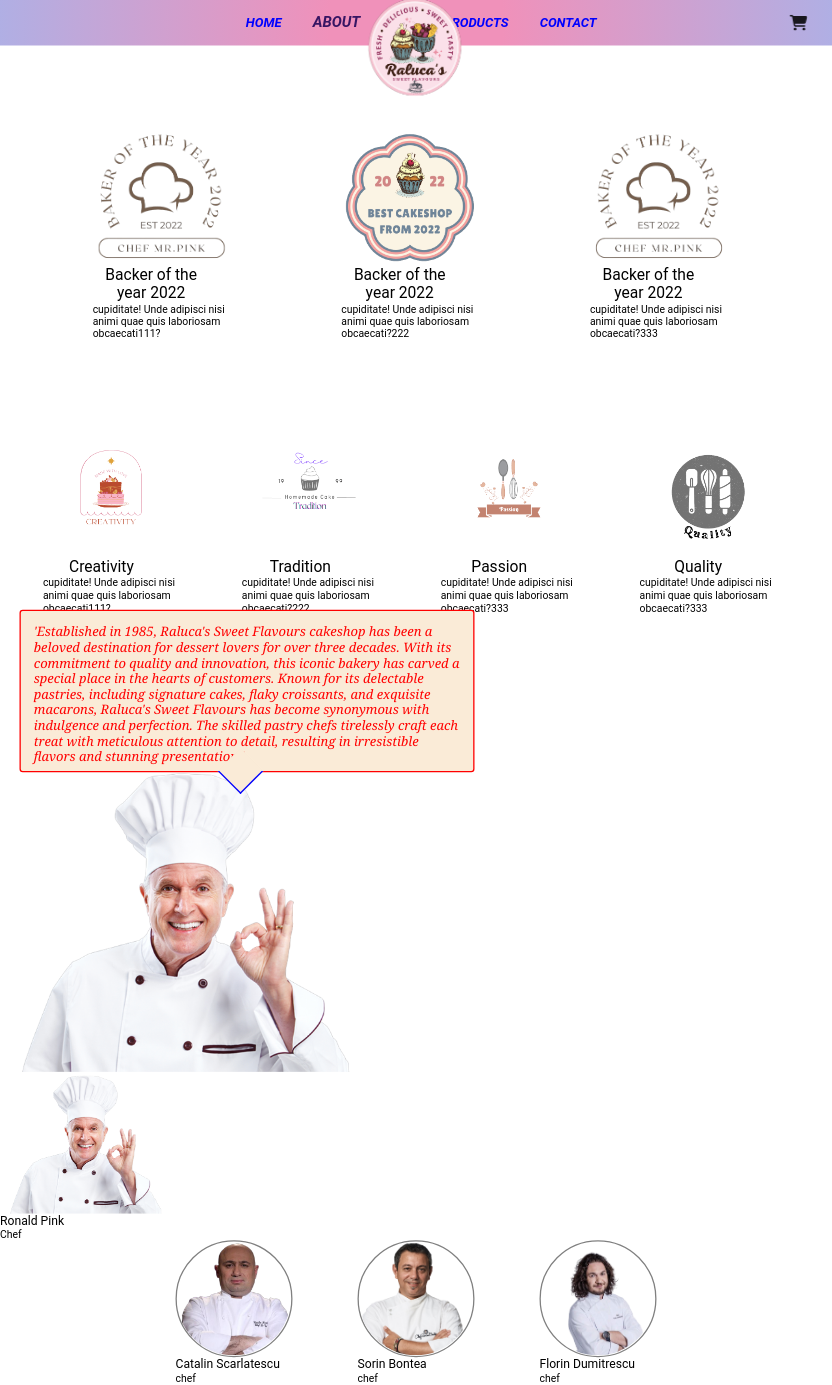
Repository: RalucaZota/cakeshop
Page: /about
These files come from the project's save history. The page is drawn as it stood at one moment and after the next save; the edit follows.
The browser window is 1280 px wide. The pictures show the whole page, at 65% of full size.
The project was rebuilt for these pictures with package versions that can differ from the ones it lists, and the page was loaded fresh each time. Also part of the build but not shown: vite.config.js, src/components/AddtoCartButton.vue, src/components/FavoriteProduct.vue, src/components/ProductItem.vue, src/components/Testimonials.vue, src/views/Home.vue, src/views/Products.vue, src/views/Contact.vue.

Above is the page before, as saved 2023-06-29 19:55:57.

### index.html
<!DOCTYPE html>
<html lang="en">
  <head>
    <meta charset="UTF-8">
    <link rel="icon" href="/favicon.ico">
    <meta name="viewport" content="width=device-width, initial-scale=1.0">
    <title>Vite App</title>
  </head>
  <body>
    <div id="app"></div>
    <script type="module" src="/src/main.js"></script>

  </body>
</html>

### src/main.js
import './assets/main.css'
import{ createApp } from "vue";
import App from './App.vue'
import router from './router'

import { library } from '@fortawesome/fontawesome-svg-core'
import { FontAwesomeIcon } from '@fortawesome/vue-fontawesome'
import { faBars } from '@fortawesome/free-solid-svg-icons'
import { faXmark } from '@fortawesome/free-solid-svg-icons'
import { faCartShopping } from '@fortawesome/free-solid-svg-icons'

import 'vuetify/styles'
import { createVuetify } from 'vuetify'
import * as components from 'vuetify/components'
import * as directives from 'vuetify/directives'

const vuetify = createVuetify({
    components,
    directives,
  })
library.add(faBars, faXmark, faCartShopping)

createApp(App)
.component('font-awesome-icon', FontAwesomeIcon).use(router, vuetify)
.mount('#app')

### src/assets/main.css
@import './base.css';

#app {
  margin: 0 auto;

  font-weight: normal;
}

html{
  line-height: 1.2 !important;
}

### src/App.vue
<script setup>
import Navbar from "./components/Navbar.vue"


</script>

<template>
<navbar/>


</template>

<style scoped>

</style>

### src/router/index.js
import { createRouter, createWebHistory } from 'vue-router'

const router = createRouter({
  history: createWebHistory(import.meta.env.BASE_URL),
  routes: [
    {
      path: '/',
      name: 'home',
      component: () => import('../views/Home.vue')
    },
    { path: '/about', name: 'about', component: () => import('../views/About.vue') },
    { path: '/products', name: 'products', component: () => import('../views/Products.vue') },
    { path: '/contact', name: 'contact', component: () => import('../views/Contact.vue') }
    // route level code-splitting
    // this generates a separate chunk (About.[hash].js) for this route
    // which is lazy-loaded when the route is visited.
  ]
})

export default router

### src/assets/base.css
/* color palette from <https://github.com/vuejs/theme> */
:root {
  --vt-c-white: #ffffff;
  --vt-c-white-soft: #f8f8f8;
  --vt-c-white-mute: #f2f2f2;

  --vt-c-black: #181818;
  --vt-c-black-soft: #222222;
  --vt-c-black-mute: #282828;

  --vt-c-indigo: #2c3e50;

  --vt-c-divider-light-1: rgba(60, 60, 60, 0.29);
  --vt-c-divider-light-2: rgba(60, 60, 60, 0.12);
  --vt-c-divider-dark-1: rgba(84, 84, 84, 0.65);
  --vt-c-divider-dark-2: rgba(84, 84, 84, 0.48);

  --vt-c-text-light-1: var(--vt-c-indigo);
  --vt-c-text-light-2: rgba(60, 60, 60, 0.66);
  --vt-c-text-dark-1: var(--vt-c-white);
  --vt-c-text-dark-2: rgba(235, 235, 235, 0.64);
}

/* semantic color variables for this project */
:root {
  --color-background: var(--vt-c-white);
  --color-background-soft: var(--vt-c-white-soft);
  --color-background-mute: var(--vt-c-white-mute);

  --color-border: var(--vt-c-divider-light-2);
  --color-border-hover: var(--vt-c-divider-light-1);

  --color-heading: var(--vt-c-text-light-1);
  --color-text: var(--vt-c-text-light-1);

  --section-gap: 160px;
}

@media (prefers-color-scheme: dark) {
  :root {
    --color-background: var(--vt-c-black);
    --color-background-soft: var(--vt-c-black-soft);
    --color-background-mute: var(--vt-c-black-mute);

    --color-border: var(--vt-c-divider-dark-2);
    --color-border-hover: var(--vt-c-divider-dark-1);

    --color-heading: var(--vt-c-text-dark-1);
    --color-text: var(--vt-c-text-dark-2);
  }
}

*,
*::before,
*::after {
  box-sizing: border-box;
  margin: 0;
  font-weight: normal;
}

### src/components/Navbar.vue
<template>
  <header :class="{ 'scrolled-nav': scrolledNav }">
    <nav >
      <div class="cart">
          <font-awesome-icon icon="fa-solid fa-cart-shopping" fade size="xl" />
        </div>
      <ul class="navigation" v-show="!mobile">
        <li>
          <RouterLink active-class="active" :to="{ name: 'home' }" class=" link"
            >Home</RouterLink
          >
        </li>
        <li>
          <RouterLink active-class="active" :to="{ name: 'about' }" class=" link"
            >About</RouterLink
          >
        </li>
        <div class="branding">
          <img src="../assets/images/logo.png" alt="logo"/>
        </div>
        <li>
          <RouterLink active-class="active" :to="{ name: 'products' }" class=" link"
            >Products</RouterLink
          >
        </li>
        <li>
          <RouterLink active-class="active" :to="{ name: 'contact' }" class=" link"
            >Contact</RouterLink
          >
        </li>
      </ul>
        <div class="icon">
          <font-awesome-icon icon="fa-solid fa-bars" size="lg" @click="openMobileNav" v-show="!mobileNav && mobile"  class="burger" :class="{'icon-active': mobileNav}"/>
          <font-awesome-icon  v-show="mobileNav" icon="fa-solid fa-xmark" beat size="xl" @click="closeMobileNav" class="close-nav" :class="{'icon-active': mobileNav}"/>
        </div>

      <transition name="mobile-nav">

        <ul v-show="mobileNav" class="dropdown-nav">
          <li>
            <div class="branding">
          <img src="../assets/images/logo.png" alt="logo"/>
        </div>
          </li>
          <li>
            <RouterLink active-class="active" :to="{ name: 'home' }" class="link"
              >Home</RouterLink
            >
          </li>
          <li>
            <RouterLink active-class="active" :to="{ name: 'about' }" class=" link"
              >About</RouterLink
            >
          </li>
          <li>
            <RouterLink active-class="active" :to="{ name: 'products' }" class=" link"
              >Products</RouterLink
            >
          </li>
          <li>
            <RouterLink active-class="active" :to="{ name: 'contact' }" class=" link"
              >Contact</RouterLink
            >
          </li>
        </ul>
      </transition>
    </nav>
  </header>

  <RouterView />
</template>
<script>
import { RouterLink, RouterView } from 'vue-router'
import Home from '../views/Home.vue'
import Products from '../views/Products.vue'
import About from '../views/About.vue'
import Contact from '../views/Contact.vue'
export default {
  name: 'navbar',
  components: {
    Home,
    Products,
    About,
    Contact
  },
  data(){
    return {
      scrolledNav: null,
      mobile: null,
      mobileNav: null,
      windowWidth: null,

    }
  },
  created(){
    window.addEventListener('resize', this.checkScreen);
    this.checkScreen()
  },
  mounted(){
    window.addEventListener('scroll', this.updateScroll)
  },
  methods:{
    openMobileNav(){
      this.mobileNav = true


    },
    closeMobileNav(){
      this.mobileNav = false

    },

    updateScroll(){
      const scrollPosition =  window.scrollY;
      if (scrollPosition > 50){
        this.scrolledNav = true;
        return;
      }
      this.scrolledNav = false
    },
    checkScreen(){
      this.windowWidth = window.innerWidth;
      if( this.windowWidth <= 750){
        this.mobile = true;
        return;
      }
      this.mobile = false;
      this.mobileNav = false;
    }
  }
}
</script>
<style lang="scss">
@import '../styles/Navbar.scss';
</style>

### src/views/About.vue
<template>
  <div>
    <h1>About</h1>
    <div  class='universal-card-wrapper' >
        <universal-card v-for="( momentInfo, id) in momentsInfo" :key="id" >
          <template #img >
          <img :src="momentInfo.img"/></template>
          <template #title >
            <h2>{{ momentInfo.price }} </h2></template>
          <template #text><p>
            {{ momentInfo.text }}
          </p></template>
        </universal-card>
    </div>

    <div  class='universal-card-wrapper' >
        <universal-card v-for="( info, id) in knowBetterInfo" :key="id" >
          <template #img >
          <img :src="info.img" class="know-us-better-img"/></template>
          <template #title >
            <h2>{{ info.title }} </h2></template>
          <template #text><p>
            {{ info.text }}
          </p></template>
        </universal-card>
      </div>
      <comment-box/>
      <staff-component/>
  </div>
</template>
<script>
import StaffComponent from '../components/StaffComponent.vue'
import CommentBox from '../components/CommentBox.vue'
import { momentsInfo, knowBetterInfo } from '../data.js'
import UniversalCard from '../components/UniversalCard.vue'
export default {
  name: 'about',
  components: {
    UniversalCard,
    CommentBox,
    StaffComponent
  },
  data() {
    return {
      momentsInfo: momentsInfo,
      knowBetterInfo: knowBetterInfo,
      CommentBox: CommentBox
    }
  }
}
</script>
<style lang="scss" scoped>
.universal-card-wrapper{
  display: flex;
  flex-wrap: wrap;
  align-items: center;
  justify-content: space-evenly;
  margin-top: 150px;
  img{
    width: 200px;
    img.know-us-better-img{
      width: 250px !important;
      height: 250px !important;
    }
  }
  h2{
    text-align: center;
    width: 180px;
  }

}
</style>

### src/styles/Navbar.scss
header{
    width: 100%;
    position: fixed;
    transition: 0.5s ease all;
    background-color: transparent;
    z-index: 99;
    color: transparent;
    height: 68px;
    nav{
        display: flex;
        align-items: center;
        justify-content: space-evenly;
        flex-direction: row;
        background: rgb(238,174,202);
        background: rgb(240,145,186);
        background: rgb(240,145,186);
        background: radial-gradient(circle, rgba(240,145,186,1) 21%, rgba(176,175,228,1) 100%);
        transition: 0.5s ease all;
        padding: 5px 0;
        width: 100%;
        margin: 0 auto;
        text-decoration: none;
        position: relative;


        @media (min-width: 1140px) {
            max-width: 1300px;
        }
        @media (max-width: 749px) {
            width: 100%;
            padding: 20px;
        }
        ul,
        .link {
            color: blue;
            list-style: none;
            text-decoration: none;
        }
        li {
            text-transform: uppercase;
            padding: 16px;
            margin-left: 16px;
        }

        .link {
            font-weight: 700;
            font-style:italic;
            font-size: 20px;
            transition: 0.5s ease all;
            padding-bottom: 4px;
            border-bottom:  2px solid transparent;
            &:hover {
                color: #125159;
                border-color: purple;
            }
        }
        .branding {
            display: flex;
            align-items: center;
            margin-left: 80px;
            @media (max-width: 749px) {
                margin-left: 0px;
            }
            li.img{
                @media (max-width: 749px) {
                    padding-bottom: 0px;
            }
        }
            img {
                width: 150px;
                position: absolute;
                height: 155px;
                left: 44%;
                top: -10%;
                transition: .5s ease all;
                @media (max-width: 749px) {
                    position: relative;
                    width: 80px;
                    height: 80px;
                    left: 11%;
                }
            }
        }

        .active{
        font-weight: bold;
        font-size: 23px !important;
        color: #371563;
        font-weight: 700 !important;
        text-decoration: none;
        font-size: larger;

        }
        .cart{
        position: absolute;
        right: 3%;
        color: black;
        font-weight: 700;
    }
        .navigation {
            display: flex;
            align-items: center;
            flex: 1;
            justify-content: center;
    }
        .icon{
            display: flex;
            align-items: center;
            position: absolute;
            top: 0;
            left: 24px;
            height: 100%;
            color: black;
            transform: rotateZ(180deg);
            .burger{
            cursor: pointer;
            font-size: 24px;
            transition: .8s ease all;

        }
            .close-nav{
                color: black;
                font-weight: 600;
            }
    }
        .icon-active{

            color: red;
            display: inline-block;




    }
        .dropdown-nav{
            display: flex;
            flex-direction: column;
            align-items: center;
            position: fixed;
            width: 100%;
            max-width: 215px;
            height: 100%;
            background: radial-gradient(circle, rgba(240,145,186,1) 21%, rgba(176,175,228,1) 100%);
            top: 4.8%;
            left: 0;
            padding-left: 0px;
            line-height: 5px;
            padding-top: 10px;

            li{
                margin-left: 0;
                .link{
                    color: black;
                    font-weight: 600;
            }
        }

    }
        .mobile-nav-enter-active, .mobile-nav-leave-active {
            transition:  1s ease all;
        }
        .mobile-nav-enter-from, .mobile-nav-leave-to {
            transform: translateX((-250px));
        }
        .mobile-nav-enter-to {
            transform: translateX((0));
        }

}
}
.scrolled-nav{
    // box-shadow: 0 4px 6px -1px rgba(0, 0, 0, 0.1), 0 2px 4px -1px rgba(0, 0, 0, 0.06);
        nav{
            padding: 8px 0;
            .branding{
            // img{
            //     width: 40px;
            //     box-shadow: 0 4px 6px -1px rgba(0, 0, 0, 0.1), 0 2px 4px -1px rgba(0, 0, 0, 0.06);

            // }
        }
    }
}

### src/components/StaffComponent.vue
<template>
  <div class="chef-roland">
    <img  src="../assets//images//chefs//chef.png" class="chef-roland-img" />
  </div>
  <div class="chef-details">
    <h3>Ronald Pink</h3>
    <p>Chef</p>
  </div>
  <div class="chef">
    <div v-for="{ name, status, img } in chefs" :key="name">
      <div class="chef-img-div">
        <img :src="img" class="chef-img" />
      </div>
      <div class="chef-details">
        <h3>{{ name }}</h3>
        <p>{{ status }}</p>
      </div>
    </div>
  </div>
</template>
<script>
import { chefs } from '../data'
export default {
  name: 'staff-component',
  data() {
    return {
      chefs: chefs
    }
  }
}
</script>
<style>
@import '../styles/StaffComponent.scss';
</style>

### src/components/CommentBox.vue
<template>
    <div>
        <div class="big-comment-box">
            <div class="little-comment-box"></div>
            <p class="text-comment-box">{{ CommentBox }}</p>
        </div>
        <img src="../assets//images//chefs//chef.png"/>
    </div>

</template>
<script>
import { CommentBox } from '../data.js'
export default {
  name: 'comment-box',
  data() {
    return {
      CommentBox: CommentBox
    }
  }
}
</script>
<style scoped>
@import '../styles/CommentBox.scss';
</style>

### src/data.js
const ClientsInfo = [
  {
    id: 1,
    name: 'Sam Smith',
    opinion:
      'Lorem ipsum dolor sit amet consectetur, adipisicing elit. Necessitatibus dolore reiciendis cupiditate! Unde adipisci nisi animi quae quis laboriosam obcaecati?',
    img: '../src/assets/images/clients/samsmith.jpg'
  },
  {
    id: 2,
    name: 'Olga Bacari',
    opinion:
      'Lorem ipsum dolor sit amet consectetur, adipisicing elit. Necessitatibus dolore reiciendis cupiditate! Unde adipisci nisi animi quae quis laboriosam obcaecati?',
    img: '../src/assets/images/clients/olgabacari.jpg'
  },
  {
    id: 3,
    name: 'Richard Muller',
    opinion:
      'Lorem ipsum dolor sit amet consectetur, adipisicing elit. Necessitatibus dolore reiciendis cupiditate! Unde adipisci nisi animi quae quis laboriosam obcaecati?',
    img: '../src/assets/images/clients/richardmuller.jpg'
  }
]

const momentsInfo = [
  {
    id: 1,
    price: 'Backer of the year 2022',
    img: '../src/assets/images/bestMoments/backer-year.png',
    text: ' cupiditate! Unde adipisci nisi animi quae quis laboriosam obcaecati111?'
  },
  {
    id: 2,
    price: 'Backer of the year 2022',
    img: '../src/assets/images/bestMoments/best-cakeshop.png',
    text: 'cupiditate! Unde adipisci nisi animi quae quis laboriosam obcaecati?222'
  },
  {
    id: 3,
    price: 'Backer of the year 2022',
    img: '../src/assets/images/bestMoments/backer-year.png',
    text: 'cupiditate! Unde adipisci nisi animi quae quis laboriosam obcaecati?333'
  }
]
const knowBetterInfo = [
  {
    id: 1,
    title: 'Creativity',
    img: '../src/assets/images/knowusbetter/creativity.png',
    text: ' cupiditate! Unde adipisci nisi animi quae quis laboriosam obcaecati111?'
  },
  {
    id: 2,
    title: 'Tradition',
    img: '../src/assets/images/knowusbetter/tradition.png',
    text: 'cupiditate! Unde adipisci nisi animi quae quis laboriosam obcaecati?222'
  },
  {
    id: 3,
    title: 'Passion',
    img: '../src/assets/images/knowusbetter/passion.png',
    text: 'cupiditate! Unde adipisci nisi animi quae quis laboriosam obcaecati?333'
  },
  {
    id: 4,
    title: 'Quality',
    img: '../src/assets/images/knowusbetter/quality.png',
    text: 'cupiditate! Unde adipisci nisi animi quae quis laboriosam obcaecati?333'
  }
]
const CommentBox =
  " 'Established in 1985, Raluca's Sweet Flavours cakeshop has been a beloved destination for dessert lovers for over three decades. With its commitment to quality and innovation, this iconic bakery has carved a special place in the hearts of customers. Known for its delectable pastries, including signature cakes, flaky croissants, and exquisite macarons, Raluca's Sweet Flavours has become synonymous with indulgence and perfection. The skilled pastry chefs tirelessly craft each treat with meticulous attention to detail, resulting in irresistible flavors and stunning presentation.' "

const chefs = [
  {
    name: 'Catalin Scarlatescu',
    status: 'chef',
    img: '../src/assets/images/chefs/catalin-scarlatescu.png'
  },
  { name: 'Sorin Bontea', status: 'chef', img: '../src/assets/images/chefs/sorin-bontea.png' },
  {
    name: 'Florin Dumitrescu',
    status: 'chef',
    img: '../src/assets/images/chefs/florin-dumitrescu.png'
  }
]
export { momentsInfo, knowBetterInfo, CommentBox, chefs }
export default ClientsInfo

### src/components/UniversalCard.vue
<template>
  <div class="universal-card">
    <div class="universal-card-img">
      <slot name="img"> </slot>
    </div>
    <div class="universal-card-details">
      <slot name="title"> </slot>
      <slot name="text"> </slot>
    </div>
  </div>
</template>
<script>
export default {
  name: 'universal card'
}
</script>
<style >
@import '../styles/UniversalCard.scss';
</style>

### src/styles/StaffComponent.scss
.chef {
    display: flex;
    justify-content: center;
    flex-wrap: wrap;
    gap: 100px;
  .chef-img-div {
    border-radius: 50%;
    border: 2px solid grey;
    width: 180px;
    height: 180px;
    .chef-img {
      width: 175px;
      height: 175px;
      border-radius: 50%;
    }
    div.chef-details{
        h3, p{
            text-align: center;
            border: 2px solid red;
        }
    }
  }
}
.chef-roland{
  display: flex;
  justify-content: center;
  max-width: 250px;
  max-height: 250px;
  .chef-roland-img{
    width: 250px;
  }

}

### src/styles/CommentBox.scss
.big-comment-box{
    margin-left: 30px;
    width: 700px;
    height: 250px;
    border: 2px solid red;
    border-radius: 5px;
    position: relative;
    background-color: antiquewhite;

    .little-comment-box{
        width: 50px;
        height: 50px;
        border: 2px solid blue;
        position: absolute;
        bottom: -10%;
        left: 45%;
        transform: rotateZ(45deg);
        border-left-color: transparent;
        border-top-color: transparent;
        background-color: antiquewhite;
    }
    .text-comment-box{
        font-size: 20px;
        font-style: italic;
        font-family: Cambria, Cochin, Georgia, Times, 'Times New Roman', serif;
        color: red;
        padding: 20px;

    }

}

### src/styles/UniversalCard.scss
.universal-card{
    max-width: 250px;
    height: 300px;
    padding: 10px;
    display: flex;
    flex-direction: column;
    align-items: center;
    .universal-card-img{
        padding: 5px;
        width: 230px;
        height: 200px;
        border-radius: 8px;
        margin-bottom: 10px;


        }
    .universal-card-details{
        }
    }

After the next save:
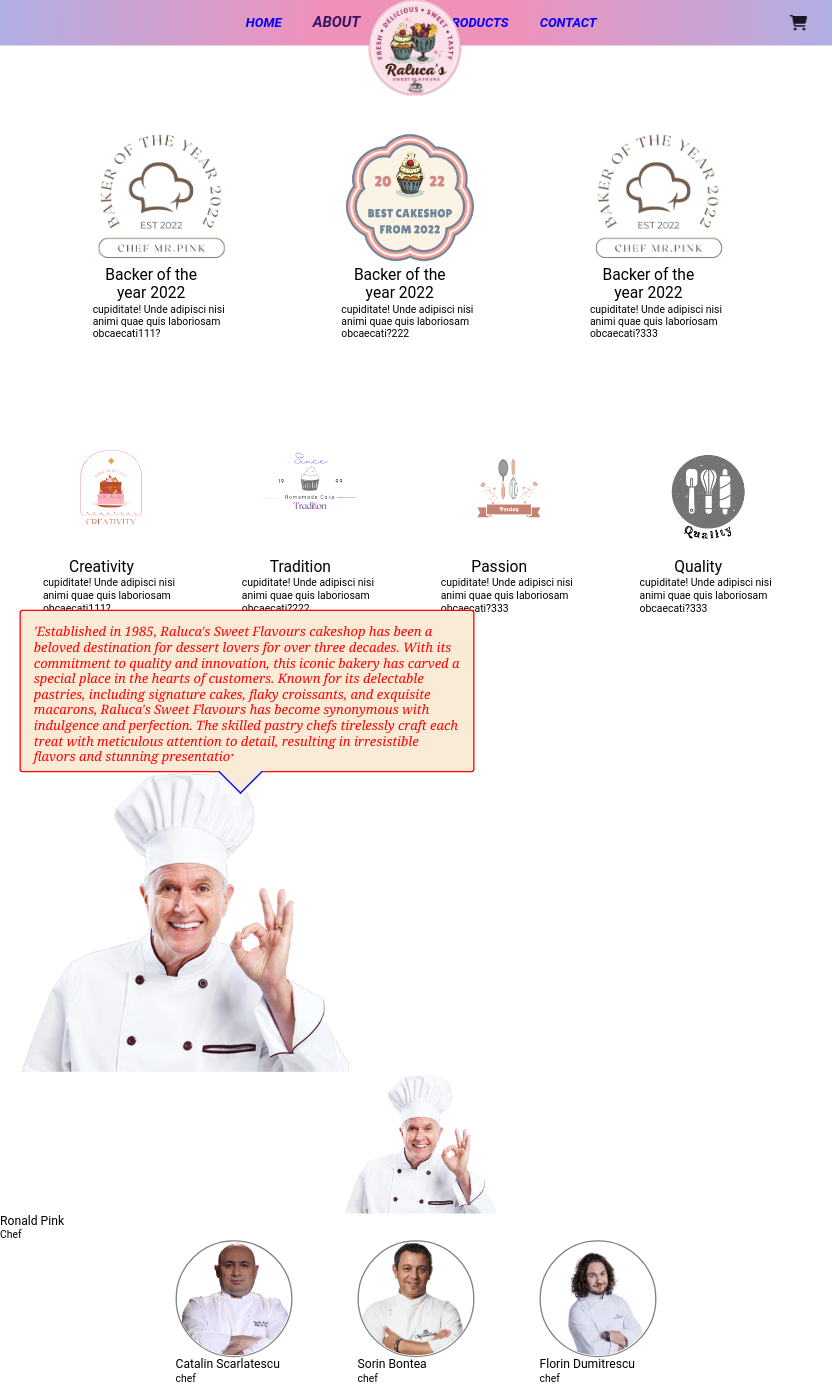
Saved 9 s later.
--- a/src/styles/StaffComponent.scss
+++ b/src/styles/StaffComponent.scss
@@ -24,8 +24,6 @@
 .chef-roland{
   display: flex;
   justify-content: center;
-  max-width: 250px;
-  max-height: 250px;
   .chef-roland-img{
     width: 250px;
   }
